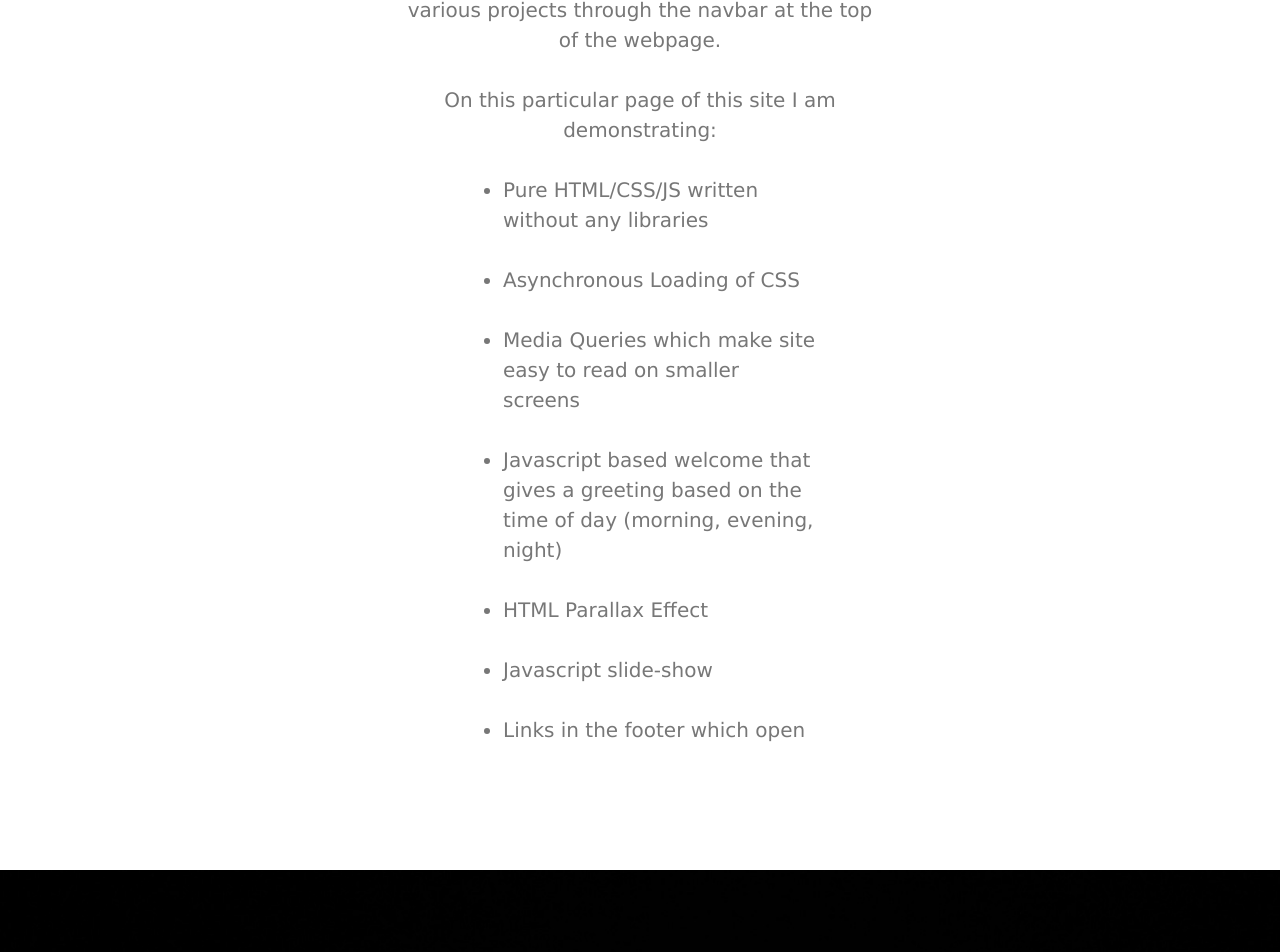
Repository: Jasondhillon/jasondhillon.github.io
Page: index.html
These files come from the project's save history. The page is drawn as it stood at one moment and after the next save; the edit follows.
The browser window is 1280 px wide. The pictures show the part of the page from y = 987 to 1939 px (the page is 4261 px tall).
Backgrounds fixed to the window are drawn as part of the page.

Above is the page before, as saved 2020-04-07 17:42:03.

After the next save:
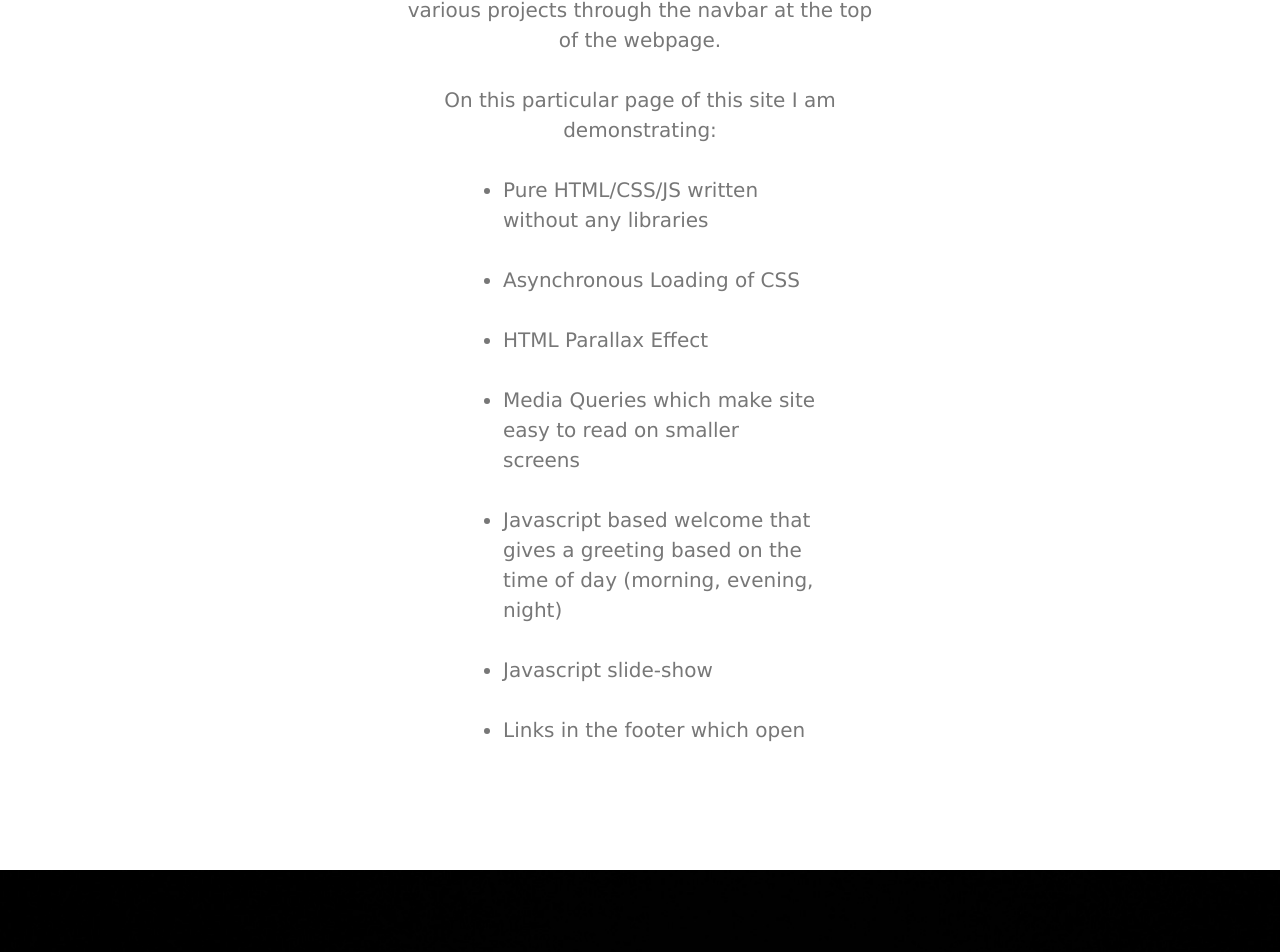
Saved 10 s later.
--- a/index.html
+++ b/index.html
@@ -207,9 +207,9 @@
       <ul id="quote" style="text-align: left; width: 30%;">
         <li>Pure HTML/CSS/JS written without any libraries</li>
         <li>Asynchronous Loading of CSS</li>
+        <li>HTML Parallax Effect</li>
         <li>Media Queries which make site easy to read on smaller screens</li>
         <li>Javascript based welcome that gives a greeting based on the time of day (morning, evening, night)</li>
-        <li>HTML Parallax Effect</li>
         <li>Javascript slide-show</li>
         <li>Links in the footer which open </li>
       </ul></p>
